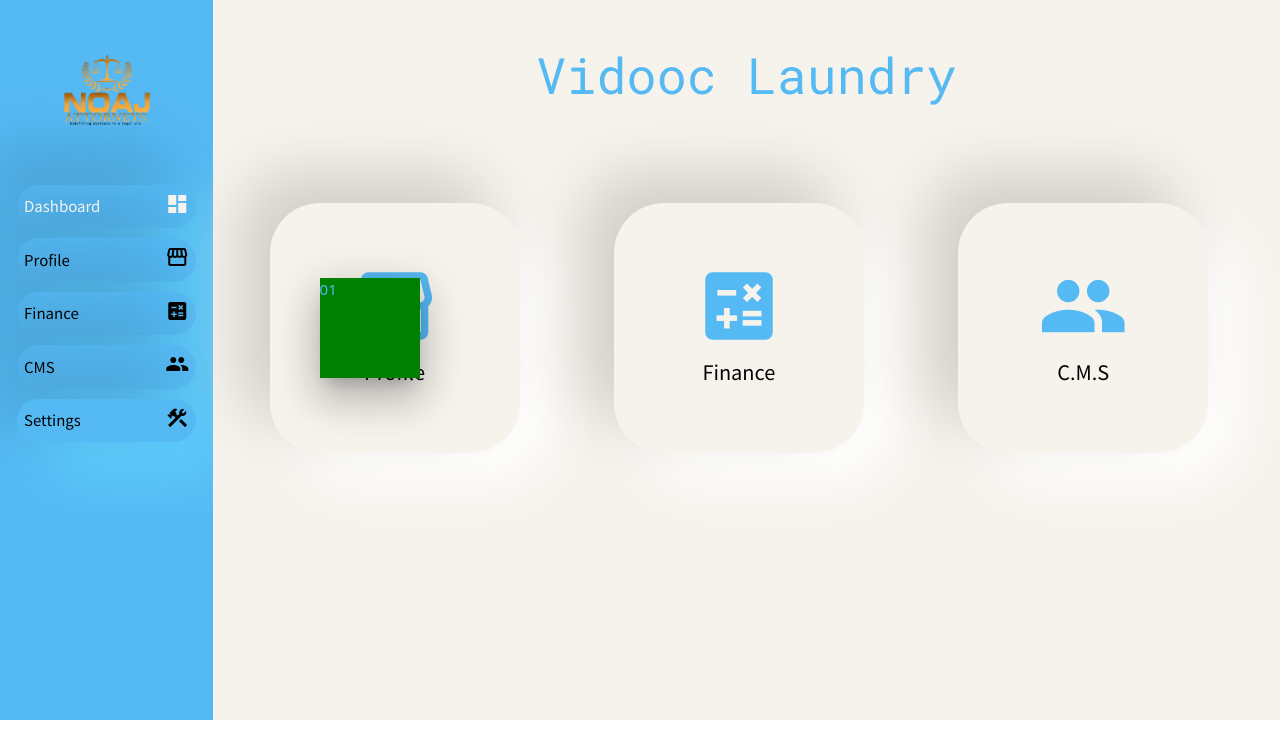
Repository: latenightsnacc/AllinOne
Page: Design/index.html
The author's editor kept a copy of each file at every save. The page is drawn from the files as they stood at one save, then again after the next save.
The browser window is 1280 px wide. The pictures show the whole page.
The style sheet was rebuilt from its Sass, Less or Tailwind sources for each picture, by a compiler version that may differ from the author's.

Above is the page before, as saved 2020-09-16 15:25:00.

After the next save:
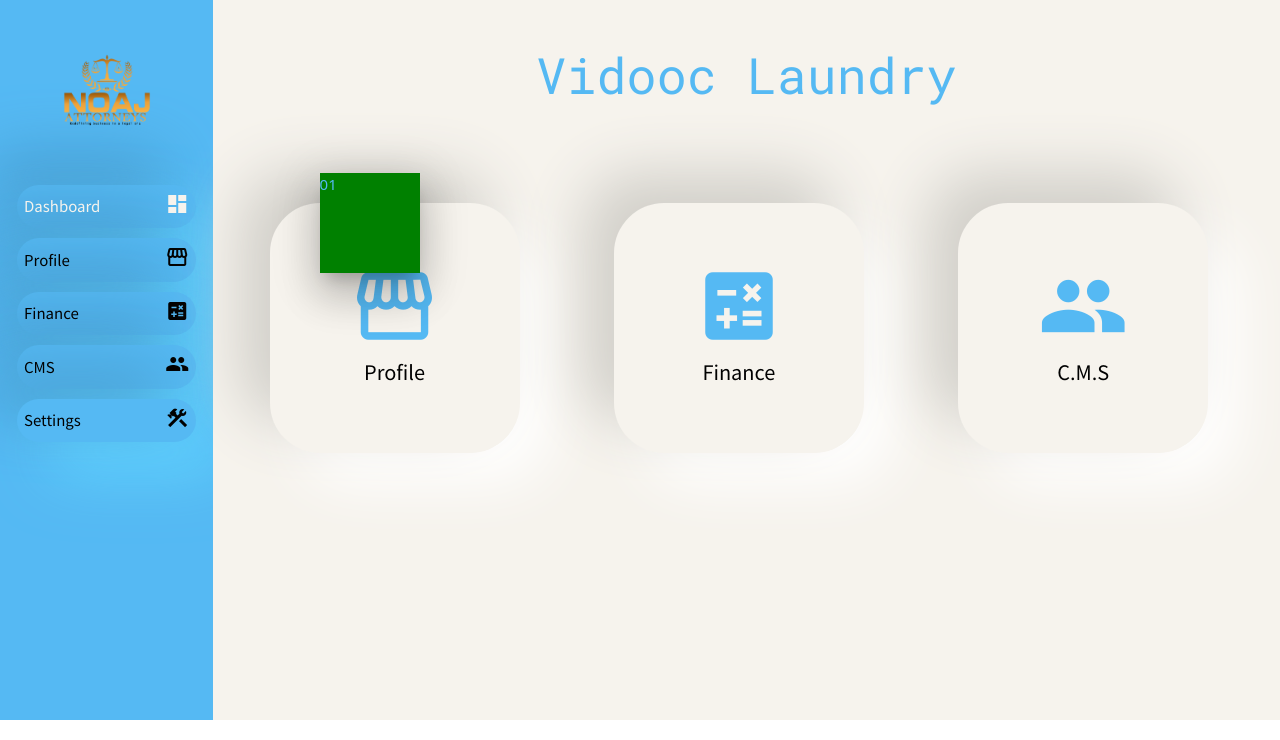
Saved 7 s later.
--- a/Design/Styles.scss
+++ b/Design/Styles.scss
@@ -67,7 +67,7 @@
 
     .card-top {
         position: absolute;
-        top:-30;
+        top:-30px;
         right: 40%;
         width: 100px;
         height: 100px;
